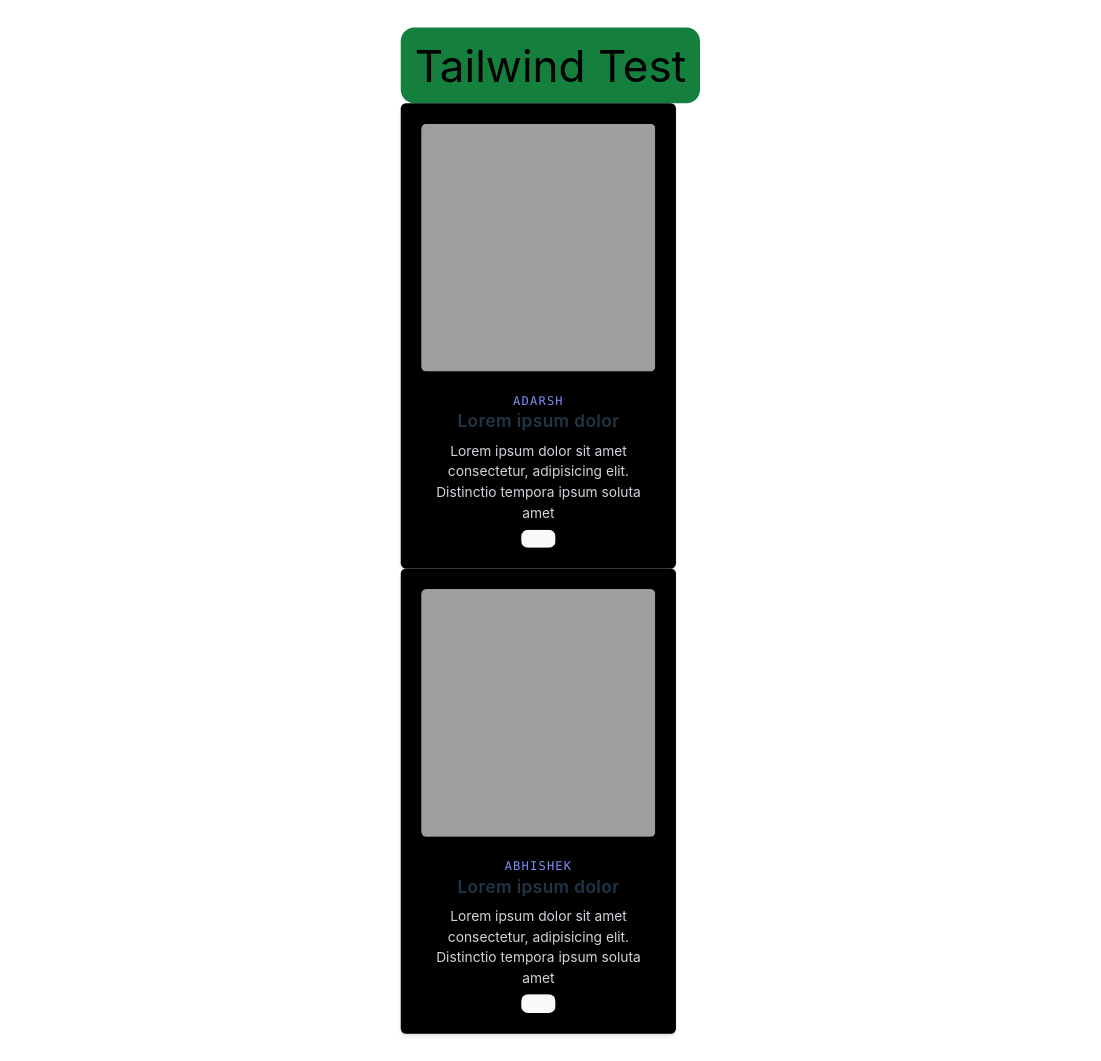
Repository: Adarshjeet0/ReactJs
Page: / (app in 03tailwindprops/)
An editor plug-in stored every save of this project. The page is shown before and after a run of saves, followed by the edit.
The browser window is 1280 px wide. The pictures show the whole page, at 86% of full size.
Pictures or frames that could not be fetched are drawn as grey boxes. The project was rebuilt for these pictures with package versions that can differ from the ones it lists, and the page was loaded fresh each time. Also part of the build but not shown: 03tailwindprops/vite.config.js.

Above is the page before, as saved 2024-11-30 23:42:50.

### 03tailwindprops/src/App.jsx
import { useState } from 'react'
import reactLogo from './assets/react.svg'
import viteLogo from '/vite.svg'
import './App.css'
import Card from './components/card.jsx'

function App() {
  const [count, setCount] = useState(0)

  return (
    <>
      <h1 className="bg-green-700 p-4 rounded-2xl text-black">Tailwind Test</h1>

      <Card userName="Adarsh" btnText="Click Me"/>
      <Card userName="Abhishek"/>
    </>
  )
}

export default App

### 03tailwindprops/src/components/card.jsx
import React from 'react'

function Card({userName, btnText= "Visit Me"}) {
  return (
    <div className="max-w-xs p-6 rounded-md shadow-md bg-black">
        <img
          src="https://source.unsplash.com/300x300/?random"
          alt=""
          className="object-cover object-center w-full rounded-md h-72 bg-gray-500"
        />
        <div className="mt-6 mb-2">
          <span className="block text-sm font-medium font-mono tracking-widest uppercase text-indigo-400">
            {userName}
          </span>
          <h2 className="text-xl font-semibold tracking-wide">Lorem ipsum dolor</h2>
        </div>
        <p className="text-gray-300">
          Lorem ipsum dolor sit amet consectetur, adipisicing elit. Distinctio tempora ipsum soluta
          amet
        </p>
        <button></button>
      </div>
  )
}

export default Card

Loaded but not shown: 03tailwindprops/index.html (common file); 03tailwindprops/src/main.jsx (common file); 03tailwindprops/src/index.css (common file); 03tailwindprops/src/App.css (common file); 03tailwindprops/tailwind.config.js (common file)

After the next 2 saves:
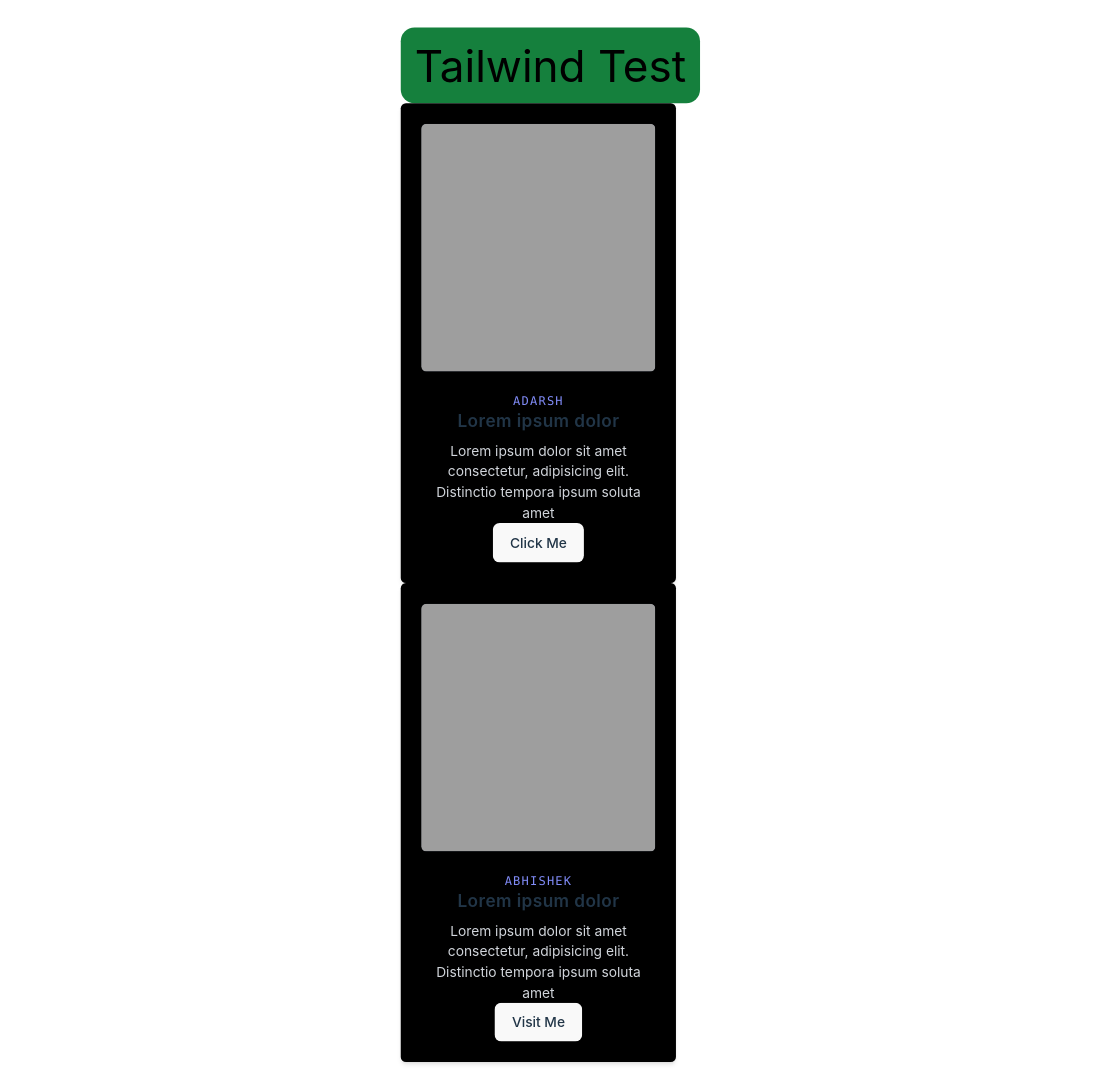
The 2 saves are shown as one change because they came seconds apart.
The last was saved 9 s later.
--- a/03tailwindprops/src/components/card.jsx
+++ b/03tailwindprops/src/components/card.jsx
@@ -18,7 +18,7 @@
           Lorem ipsum dolor sit amet consectetur, adipisicing elit. Distinctio tempora ipsum soluta
           amet
         </p>
-        <button></button>
+        <button>{btnText}</button>
       </div>
   )
 }
